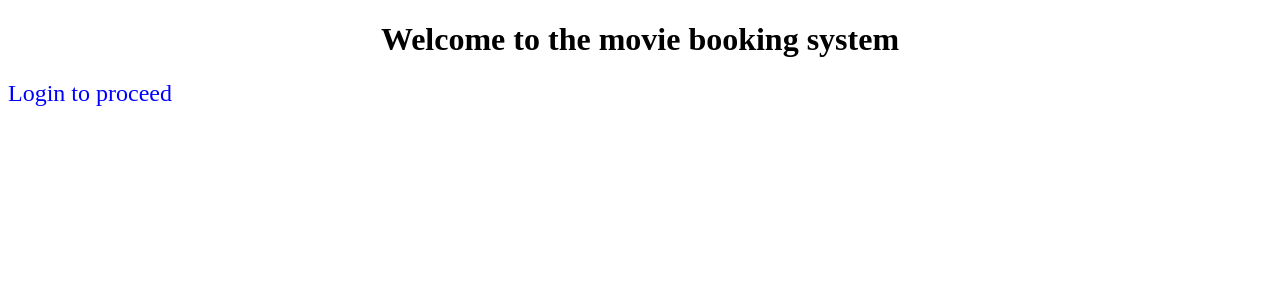
Repository: shesha1096/Java-Programs
Page: http://localhost/MovieTicketBooking/
An editor plug-in stored every save of this project. The page is shown before and after the next save, followed by the edit.
The browser window is 1280 px wide. The pictures show the whole page.
The page is served by Tomcat 9. Other server files are loaded and not shown.

Above is the page before, as saved 2018-07-21 06:13:27.

### MovieTicketBooking/WebContent/index.jsp
<%@ page language="java" contentType="text/html; charset=ISO-8859-1"
    pageEncoding="ISO-8859-1"%>
<!DOCTYPE html PUBLIC "-//W3C//DTD HTML 4.01 Transitional//EN" "http://www.w3.org/TR/html4/loose.dtd">
<html>
<head>
<meta http-equiv="Content-Type" content="text/html; charset=ISO-8859-1">
<title>Movie Ticket Booking</title>
</head>
<body>
<h1 style="text-align:center"> Welcome to the movie booking system</h1>
<font size="5" color="blue" style="text-align:center"> Login to proceed</font>
</body>
</html>

After the next save:
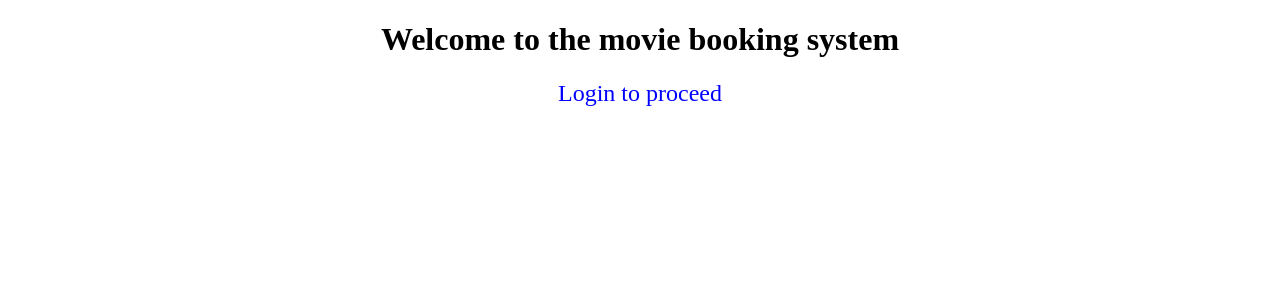
Saved 2 min 47 s later.
--- a/MovieTicketBooking/WebContent/index.jsp
+++ b/MovieTicketBooking/WebContent/index.jsp
@@ -8,6 +8,6 @@
 </head>
 <body>
 <h1 style="text-align:center"> Welcome to the movie booking system</h1>
-<font size="5" color="blue" style="text-align:center"> Login to proceed</font>
+<p style="text-align:center"><font size="5" color="blue" > Login to proceed</font></p>
 </body>
 </html>
